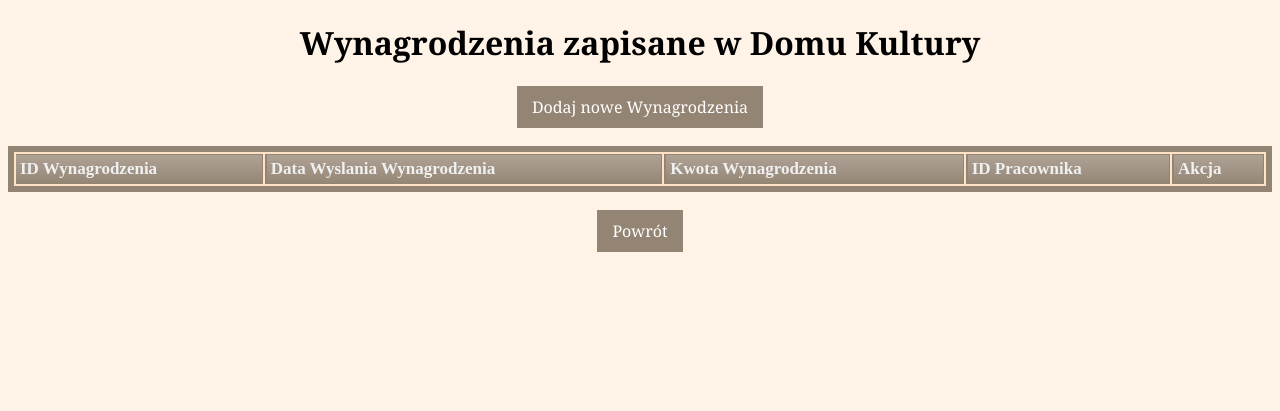
Repository: marcinRuta/houseOfCulture-crud-webapp-database
Page: http://localhost/wynagrodzenia
An editor plug-in stored every save of this project. The page is shown before and after the next save, followed by the edit.
The browser window is 1280 px wide. The pictures show the whole page.
The page is this project's Thymeleaf template; nobody is signed in. The template is opened directly, without the code that normally fills it, so the values that code supplies are empty.

Above is the page before, as saved 2021-01-14 10:55:26.

### DomKultury/src/main/resources/templates/wynagrodzenia.html
<!DOCTYPE html>
<html xmlns="http://www.w3.org/1999/xhtml"
	xmlns:th="http://www.thymeleaf.org">
<head>
<meta charset="UTF-8">
<title>Aplikacja do obsługi Domu Kultury</title>
<link rel="stylesheet" href="../static/css/tabele.css" th:href="@{/css/tabele.css}" >
</head>
<body>

	<div align="center">
		<!--  Page header  -->
		<h1>Wynagrodzenia zapisane w Domu Kultury</h1>
		<a href="/newWYN">Dodaj nowe Wynagrodzenia</a>
		<br/> <br/>

		<!-- Table -->
	<table class="cinereousTable">

			<!-- Entry to a new page -->


			<!-- Table header -->
			<thead>
				<tr>
					<th>ID Wynagrodzenia</th>
					<th>Data Wyslania Wynagrodzenia</th>
					<th>Kwota Wynagrodzenia</th>
					<th>ID Pracownika</th>
					<th>Akcja</th>
				</tr>
			</thead>

			<!-- Table body-->
			<tbody>
				<tr th:each="Wynagrodzenia : ${listWynagrodzenia}">
					<td th:text="${Wynagrodzenia.ID_Wynagrodzenia}">ID_Wynagrodzenia</td>
					<td th:text="${Wynagrodzenia.Data_Wyslania_Wynagrodzenia}">Data_Wyslania_Wynagrodzenia</td>
					<td th:text="${Wynagrodzenia.Kwota_Wynagrodzenia}">Kwota_Wynagrodzenia</td>
					<td th:text="${Wynagrodzenia.ID_Pracownika}">ID_Pracownika</td>

					<td><a th:href="@{'/editWYN/' + ${Wynagrodzenia.ID_Wynagrodzenia}}">Edit</a>
						&nbsp;&nbsp;&nbsp;&nbsp;
					<a th:href="@{'/deleteWYN/' +${Wynagrodzenia.ID_Wynagrodzenia}}">Delete</a></td>
				</tr>
			</tbody>
		</table>
		<br/>
		<!-- EXIT -->
		<a href="/tables">Powrót</a>

	</div>
</body>
</html>

### DomKultury/src/main/resources/static/css/tabele.css

table.cinereousTable {
  border: 6px solid #948473;
  background-color: #FFE3C6;
  width: 100%;
  text-align: center;
}
table.cinereousTable td, table.cinereousTable th {
  border: 1px solid #948473;
  padding: 4px 4px;
}
table.cinereousTable tbody td {
  font-size: 13px;
}
table.cinereousTable thead {
  background: #948473;
  background: -moz-linear-gradient(top, #afa396 0%, #9e9081 66%, #948473 100%);
  background: -webkit-linear-gradient(top, #afa396 0%, #9e9081 66%, #948473 100%);
  background: linear-gradient(to bottom, #afa396 0%, #9e9081 66%, #948473 100%);
}
table.cinereousTable thead th {
  font-size: 17px;
  font-weight: bold;
  color: #F0F0F0;
  text-align: left;
  border-left: 2px solid #948473;
}
table.cinereousTable thead th:first-child {
  border-left: none;
}

table.cinereousTable tfoot td {
  font-size: 16px;
}

body {
  background-color: #FFF3E7;
}
h1 {
  color: black;
  font-family: Georgia, serif;
}
p {
  color: black;
}
a:link, a:visited {
  background-color: #948473;
  color: white;
  padding: 10px 15px;
  text-align: center;
  text-decoration: none;
  display: inline-block;
  font-family: Georgia, serif;
}

a:hover, a:active {
  background-color: 948473;
}
.button {
  background-color: #948473; /* Green */
  border: none;
  color: white;
  padding: 10px 14px;
  text-align: center;
  text-decoration: none;
  display: inline-block;
  font-size: 16px;
  font-family: Georgia, serif;
  transition-duration: 0.4s;
}

.button:hover {
 background-color: #3D362F ;
  border: none;
  color: white;
  padding: 10px 11px;
  text-align: center;
  text-decoration: none;
  display: inline-block;
  font-size: 16px;
  font-family: Georgia, serif;

}

After the next save:
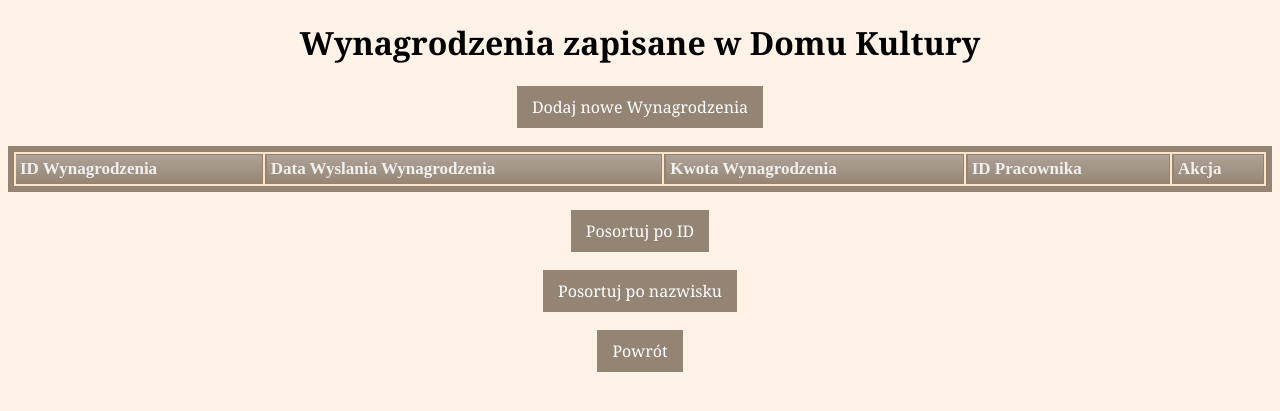
Saved 7 min 27 s later.
--- a/DomKultury/src/main/resources/templates/wynagrodzenia.html
+++ b/DomKultury/src/main/resources/templates/wynagrodzenia.html
@@ -46,6 +46,10 @@
 			</tbody>
 		</table>
 		<br/>
+		<a th:href="@{/P}">Posortuj po ID</a> <br/> <br/>
+		<a th:href="@{/RefreshPNazw}">Posortuj po nazwisku</a>
+		<br/>
+		<br/>
 		<!-- EXIT -->
 		<a href="/tables">Powrót</a>
 
